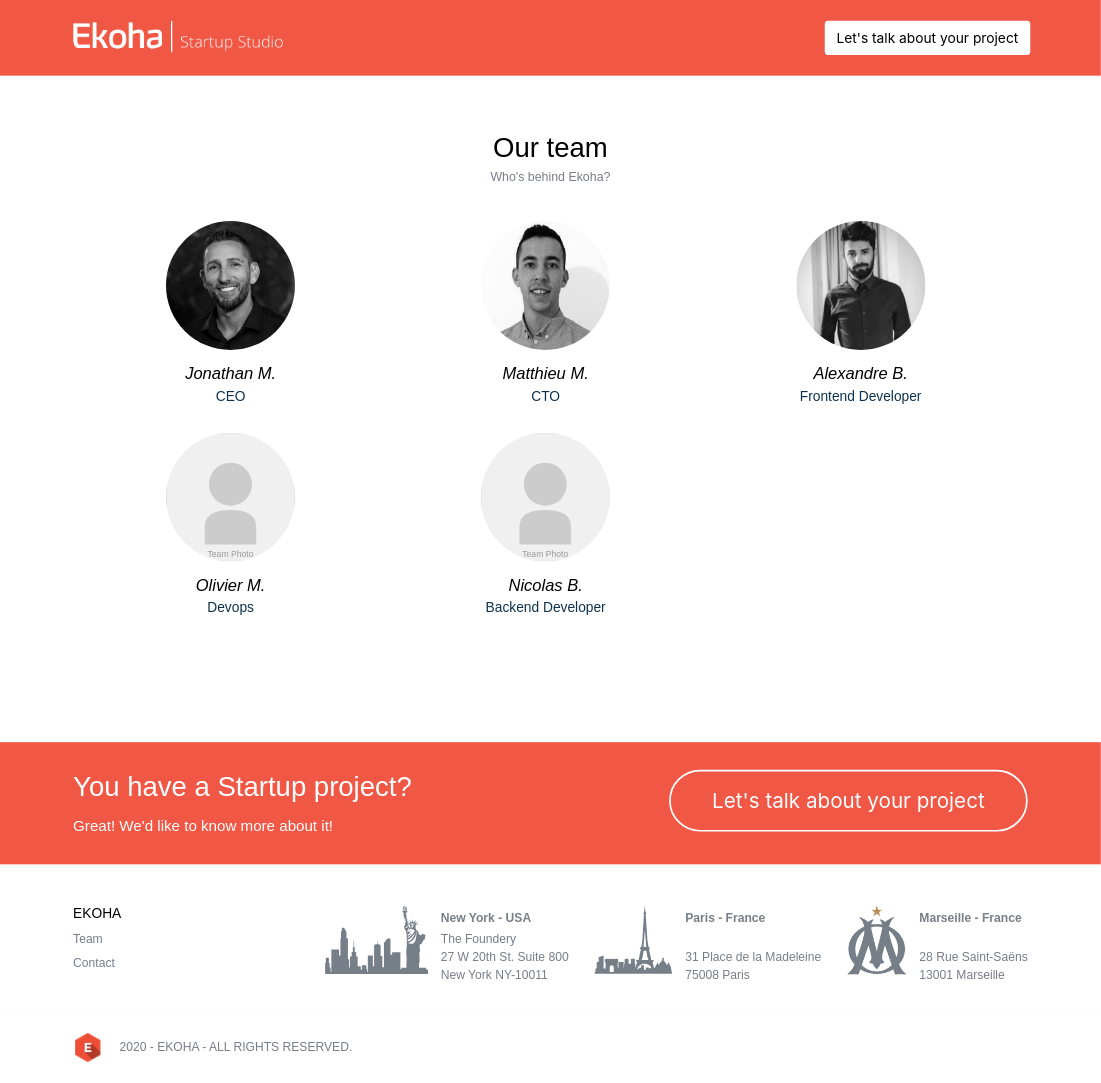
Repository: BetterCallJohn/ekoha-website
Page: team.html
The author's editor kept a copy of each file at every save. The page is drawn from the files as they stood at one save, then again after the next save.
The browser window is 1280 px wide. The pictures show the whole page, at 86% of full size.
Some web fonts or font styles are not loaded; a fallback is used.

Above is the page before, as saved 2025-06-11 21:08:49.

### team.html
<!DOCTYPE html>
<html lang="en">
<head>
    <meta charset="UTF-8">
    <meta name="generator" content="Hugo 0.60.1">
    <title>Our Team - Ekoha — Technical Accelerator for Startups</title>
    <meta name="Description" content="Meet the team behind Ekoha - Technical Accelerator for Startups. Our experienced professionals are dedicated to transforming ideas into successful products.">
    <meta http-equiv="x-ua-compatible" content="IE=edge">
    <meta name="theme-color" content="#379DFF">
    <meta name="apple-mobile-web-app-capable" content="yes">
    <meta name="format-detection" content="telephone=no">
    <meta name="viewport" content="width=device-width,minimum-scale=1,initial-scale=1,shrink-to-fit=no,viewport-fit=cover">
    <link rel="preconnect" href="https://fonts.gstatic.com/" crossorigin="">
    <link href="./assets/css/fonts.css" rel="stylesheet">

    <!-- Open Graph Meta Tags -->
    <meta property="og:locale" content="en_US">
    <meta property="og:type" content="article">
    <meta property="og:title" content="Our Team - Ekoha">
    <meta property="og:description" content="Meet the team behind Ekoha - Technical Accelerator for Startups.">
    <meta property="og:site_name" content="Ekoha - Technical Accelerator for Startups">
    <meta property="og:url" content="https://www.ekoha.co/team">
    <meta property="og:image" content="./assets/img/biglogo@2x.png">

    <!-- Favicon -->
    <link rel="shortcut icon" href="./assets/img/favicon.png" type="image/ico">

    <!-- Stylesheets -->
    <link rel="stylesheet" href="./assets/css/styles.min.css">
</head>
<body id="team">
    <header class="header">
        <div class="container">
            <div class="row">
                <h1 class="header__logo col-auto" role="banner">
                    <a href="/"><img src="./assets/img/logo@2x.png" alt="Ekoha"></a>
                </h1>
                <a href="#nav" id="nav-toggle" class="col-auto ml-auto d-block d-lg-none header__navToggle" aria-label="Open the menu">
                    <div class="header__hamburger" aria-hidden="true">
                        <span></span>
                        <span></span>
                        <span></span>
                    </div>
                </a>
                <nav id="nav" class="header__nav col" role="navigation" aria-label="Primary menu">
                    <div class="row text-right">
                        <ul class="header__primaryNav mr-auto">
                            <li class="li-btn">
                                <a href="mailto:contact@ekoha.co" class="btn btn-light">Let's talk about your project</a>
                            </li>
                        </ul>
                    </div>
                </nav>
            </div>
        </div>
    </header>

    <main class="main page--single">
        <section class="section">
            <div class="container">
                <div class="row">
                    <div class="col mx-auto col-xl-11">
                        <h2 class="section__title">Our team</h2>
                        <p class="section__subtitle">Who's behind Ekoha?</p>
                    </div>
                </div>
                <div class="row">
                    <div class="col">
                        <ul class="team--list">
                            <li class="team--item">
                                <figure><img src="./assets/img/team/jm.jpeg" height="150" width="150" alt="Jonathan M."></figure>
                                <h3>Jonathan M.</h3>
                                <h4>CEO</h4>
                            </li>
                            <li class="team--item">
                                <figure><img src="./assets/img/team/ml.jpeg" height="150" width="150" alt="Matthieu M."></figure>
                                <h3>Matthieu M.</h3>
                                <h4>CTO</h4>
                            </li>
                            <li class="team--item">
                                <figure><img src="./assets/img/team/ab.jpeg" height="150" width="150" alt="Alexandre B."></figure>
                                <h3>Alexandre B.</h3>
                                <h4>Frontend Developer</h4>
                            </li>
                            <li class="team--item">
                                <figure><img src="./assets/img/team/placeholder.svg" height="150" width="150" alt="Olivier M."></figure>
                                <h3>Olivier M.</h3>
                                <h4>Devops</h4>
                            </li>
                            <li class="team--item">
                                <figure><img src="./assets/img/team/placeholder.svg" height="150" width="150" alt="Nicolas B."></figure>
                                <h3>Nicolas B.</h3>
                                <h4>Backend Developer</h4>
                            </li>
                        </ul>
                    </div>
                </div>
                <div class="row">
                    <div class="col col-lg-8 offset-lg-2 stronger">
                        <p></p>
                        <p></p>
                    </div>
                </div>
            </div>
        </section>
    </main>

    <footer class="footer" role="contentinfo">
        <section class="section section--gradient footer__getStarted">
            <div class="container">
                <div class="row">
                    <div class="col-auto mr-auto">
                        <h4>You have a Startup project?</h4>
                        <p>Great! We'd like to know more about it!</p>
                    </div>
                    <div class="col-auto text-center">
                        <a href="mailto:contact@ekoha.co" class="btn btn-block btn-xl btn-rounded btn-outline-light">Let's talk about your project</a>
                    </div>
                </div>
            </div>
        </section>

        <section class="footer__links">
            <div class="container">
                <div class="row">
                    <div class="col-lg col-sm-3">
                        <h5>Ekoha</h5>
                        <ul>
                            <li><a href="./team.html">Team</a></li>
                            <li><a href="mailto:contact@ekoha.co">Contact</a></li>
                        </ul>
                    </div>
                    <div class="col-lg-auto col-sm-3 footer__offices">
                        <img src="./assets/img/nyc.svg" alt="New York" height="80" class="illus d-none d-lg-block">
                        <div class="address">
                            <address>
                                <strong>New York - USA</strong>
                                <span>The Foundery</span>
                                <span>27 W 20th St. Suite 800</span>
                                <span>New York NY-10011</span>
                            </address>
                        </div>
                    </div>
                    <div class="col-lg-auto col-sm-3 footer__offices">
                        <img src="./assets/img/paris.svg" alt="Paris" height="80" class="illus d-none d-lg-block">
                        <div class="address">
                            <address>
                                <strong>Paris - France</strong>
                                <span class="d-none d-md-block">&nbsp;</span>
                                <span>31 Place de la Madeleine</span>
                                <span>75008 Paris</span>
                            </address>
                        </div>
                    </div>
                    <div class="col-lg-auto col-sm-3 footer__offices">
                        <img src="./assets/img/marseille.png" alt="Marseille" height="80" class="illus d-none d-lg-block">
                        <div class="address">
                            <address>
                                <strong>Marseille - France</strong>
                                <span class="d-none d-md-block">&nbsp;</span>
                                <span>28 Rue Saint-Saëns</span>
                                <span>13001 Marseille</span>
                            </address>
                        </div>
                    </div>
                </div>
            </div>
        </section>

        <section class="footer__copyright">
            <div class="container">
                <div class="row">
                    <div class="col">
                        <img src="./assets/img/ekoha.png" alt="Ekoha" height="34px">
                        2020 - Ekoha - All rights reserved.
                    </div>
                </div>
            </div>
        </section>
    </footer>

    <!-- Scripts -->
    <script src="./assets/js/main.js"></script>

    <!-- Google Analytics -->
    <script async src="https://www.googletagmanager.com/gtag/js?id=UA-96472831-4"></script>
    <script>
        window.dataLayer = window.dataLayer || [];
        function gtag(){dataLayer.push(arguments);}
        gtag('js', new Date());
        gtag('config', 'UA-96472831-4');
    </script>
</body>
</html>

### assets/img/team/placeholder.svg
<svg width="150" height="150" xmlns="http://www.w3.org/2000/svg">
  <rect width="150" height="150" fill="#f0f0f0" stroke="#ddd" stroke-width="2"/>
  <circle cx="75" cy="60" r="25" fill="#ccc"/>
  <path d="M45 110 Q45 90 75 90 Q105 90 105 110 L105 130 L45 130 Z" fill="#ccc"/>
  <text x="75" y="145" text-anchor="middle" font-family="Arial, sans-serif" font-size="10" fill="#999">Team Photo</text>
</svg>

### assets/js/main.js
var _____WB$wombat$assign$function_____ = function(name) {return (self._wb_wombat && self._wb_wombat.local_init && self._wb_wombat.local_init(name)) || self[name]; };
if (!self.__WB_pmw) { self.__WB_pmw = function(obj) { this.__WB_source = obj; return this; } }
{
  let window = _____WB$wombat$assign$function_____("window");
  let self = _____WB$wombat$assign$function_____("self");
  let document = _____WB$wombat$assign$function_____("document");
  let location = _____WB$wombat$assign$function_____("location");
  let top = _____WB$wombat$assign$function_____("top");
  let parent = _____WB$wombat$assign$function_____("parent");
  let frames = _____WB$wombat$assign$function_____("frames");
  let opener = _____WB$wombat$assign$function_____("opener");

(function() {
    var getUrl = window.location;
    var baseUrl = getUrl .protocol + "//" + getUrl.host;
    var fullFirstPath = window.location.href;

    var frURL = baseUrl + '/fr/' + getUrl.pathname.split('/')[1];
    if (window.navigator.language.indexOf('fr') === 0 && !fullFirstPath.includes('/fr/')) {
        window.location = frURL;
    }
})();


}
/*
     FILE ARCHIVED ON 03:28:29 Mar 05, 2021 AND RETRIEVED FROM THE
     INTERNET ARCHIVE ON 18:31:53 Jun 11, 2025.
     JAVASCRIPT APPENDED BY WAYBACK MACHINE, COPYRIGHT INTERNET ARCHIVE.

     ALL OTHER CONTENT MAY ALSO BE PROTECTED BY COPYRIGHT (17 U.S.C.
     SECTION 108(a)(3)).
*/
/*
playback timings (ms):
  captures_list: 0.46
  exclusion.robots: 0.018
  exclusion.robots.policy: 0.008
  esindex: 0.01
  cdx.remote: 56.392
  LoadShardBlock: 763.505 (3)
  PetaboxLoader3.resolve: 527.252 (3)
  PetaboxLoader3.datanode: 321.856 (4)
  load_resource: 203.159
*/

Loaded but not shown: assets/css/fonts.css (library); assets/css/styles.min.css (library)

After the next save:
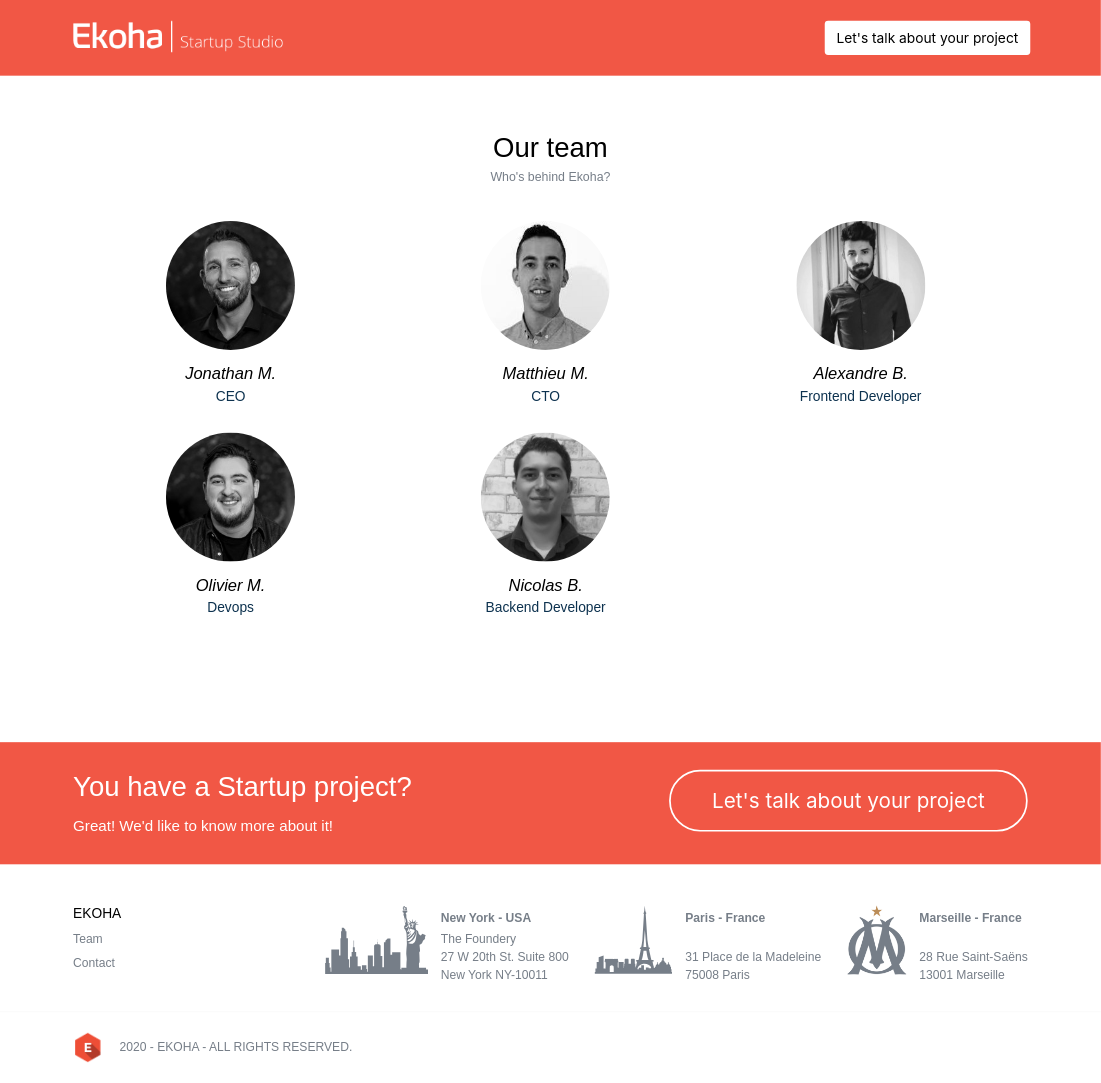
Saved 38 s later.
--- a/team.html
+++ b/team.html
@@ -83,12 +83,12 @@
                                 <h4>Frontend Developer</h4>
                             </li>
                             <li class="team--item">
-                                <figure><img src="./assets/img/team/placeholder.svg" height="150" width="150" alt="Olivier M."></figure>
+                                <figure><img src="./assets/img/team/om.jpeg" height="150" width="150" alt="Olivier M."></figure>
                                 <h3>Olivier M.</h3>
                                 <h4>Devops</h4>
                             </li>
                             <li class="team--item">
-                                <figure><img src="./assets/img/team/placeholder.svg" height="150" width="150" alt="Nicolas B."></figure>
+                                <figure><img src="./assets/img/team/nb.jpeg" height="150" width="150" alt="Nicolas B."></figure>
                                 <h3>Nicolas B.</h3>
                                 <h4>Backend Developer</h4>
                             </li>
